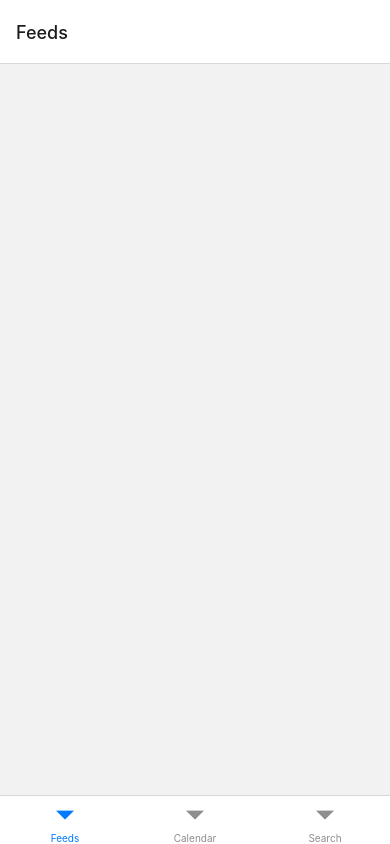
Repository: H-Rn-Study/haebzzang
Screen: / (app in DayLog/)
The author's editor kept a copy of each file at every save. The screen is drawn from the files as they stood at one save, then again after the next save.
The app was drawn by React Native's web renderer in a window 390 px wide. The project was rebuilt for these pictures with package versions that can differ from the ones it lists, and the page was loaded fresh each time. Also part of the build but not shown: DayLog/screens/CalendarScreen.js, DayLog/screens/SearchScreen.js, DayLog/screens/WriteScreen.js.

Above is the screen before, as saved 2022-11-16 14:36:47.

### DayLog/App.js
import React from "react";
import {NavigationContainer} from '@react-navigation/native';
import RootStack from "./screens/RootStack";

function App() {
  return <NavigationContainer>
    <RootStack />
  </NavigationContainer>;
}

export default App;

### DayLog/screens/RootStack.js
import React from "react";
import { createNativeStackNavigator } from "@react-navigation/native-stack";
import MainTab from "./MainTab";
import WriteScreen from "./WriteScreen";

const Stack = createNativeStackNavigator();

function RootStack() {
    return (
        <Stack.Navigator>
            <Stack.Screen
            name = "MainTab"
            component = {MainTab}
            options = {{headerShown: false}}
            />
            <Stack.Screen name = "Write" component = {WriteScreen} />
        </Stack.Navigator>
    );
}

export default RootStack;

### DayLog/screens/MainTab.js
import React from "react";
import { createBottomTabNavigator } from "@react-navigation/bottom-tabs";
import FeedsScreen from "./FeedsScreen";
import CalendarScreen from "./CalendarScreen";
import SearchScreen from "./SearchScreen";

const Tab = createBottomTabNavigator();

function MainTab() {
    return (
        <Tab.Navigator>
            <Tab.Screen name = "Feeds" component = {FeedsScreen} />
            <Tab.Screen name = "Calendar" component = {CalendarScreen} />
            <Tab.Screen name = "Search" component = {SearchScreen} />
        </Tab.Navigator>
    );
}

export default MainTab;

### DayLog/screens/FeedsScreen.js
import React from "react";
import {StyleSheet, View} from 'react-native';

function FeedsScreen() {
    return <View style = {styles.block} />;
}

const styles = StyleSheet.create({
    block: {},
});

export default FeedsScreen;

After the next save:
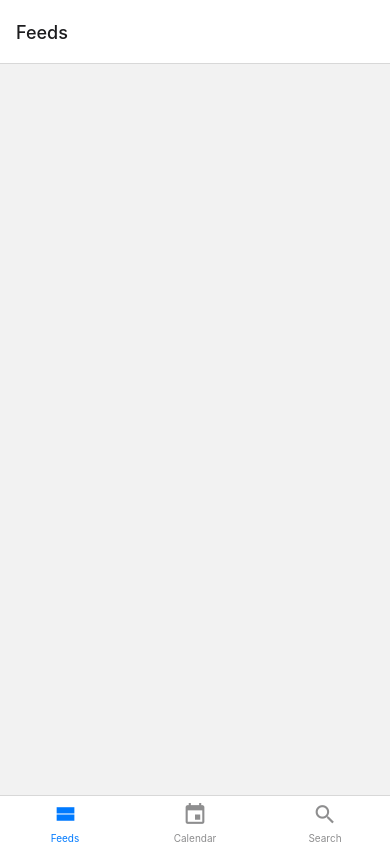
Saved 4 min 47 s later.
--- a/DayLog/screens/MainTab.js
+++ b/DayLog/screens/MainTab.js
@@ -3,15 +3,38 @@ import { createBottomTabNavigator } from "@react-navigation/bottom-tabs";
 import FeedsScreen from "./FeedsScreen";
 import CalendarScreen from "./CalendarScreen";
 import SearchScreen from "./SearchScreen";
+import Icon from "react-native-vector-icons/MaterialIcons";
 
 const Tab = createBottomTabNavigator();
 
 function MainTab() {
     return (
-        <Tab.Navigator>
-            <Tab.Screen name = "Feeds" component = {FeedsScreen} />
-            <Tab.Screen name = "Calendar" component = {CalendarScreen} />
-            <Tab.Screen name = "Search" component = {SearchScreen} />
+        <Tab.Navigator
+        tabBrOptions = {{
+            showLabel: false,
+            activeTintColor: '#009688',
+        }}>
+            <Tab.Screen name = "Feeds" component = {FeedsScreen}
+            options = {{
+                tabBarIcon: ({color, size}) => (
+                    <Icon name = "view-stream" size = {size} color = {color} />
+                ),
+            }}
+            />
+            <Tab.Screen name = "Calendar" component = {CalendarScreen}
+            options = {{
+                tabBarIcon: ({color, size}) => (
+                    <Icon name = "event" size = {size} color = {color} />
+                    ),
+                }}
+            />
+            <Tab.Screen name = "Search" component = {SearchScreen}
+            options = {{
+                tabBarIcon: ({color, size}) => (
+                    <Icon name = "search" size = {size} color = {color} />
+                ),
+            }}
+            />
         </Tab.Navigator>
     );
 }
